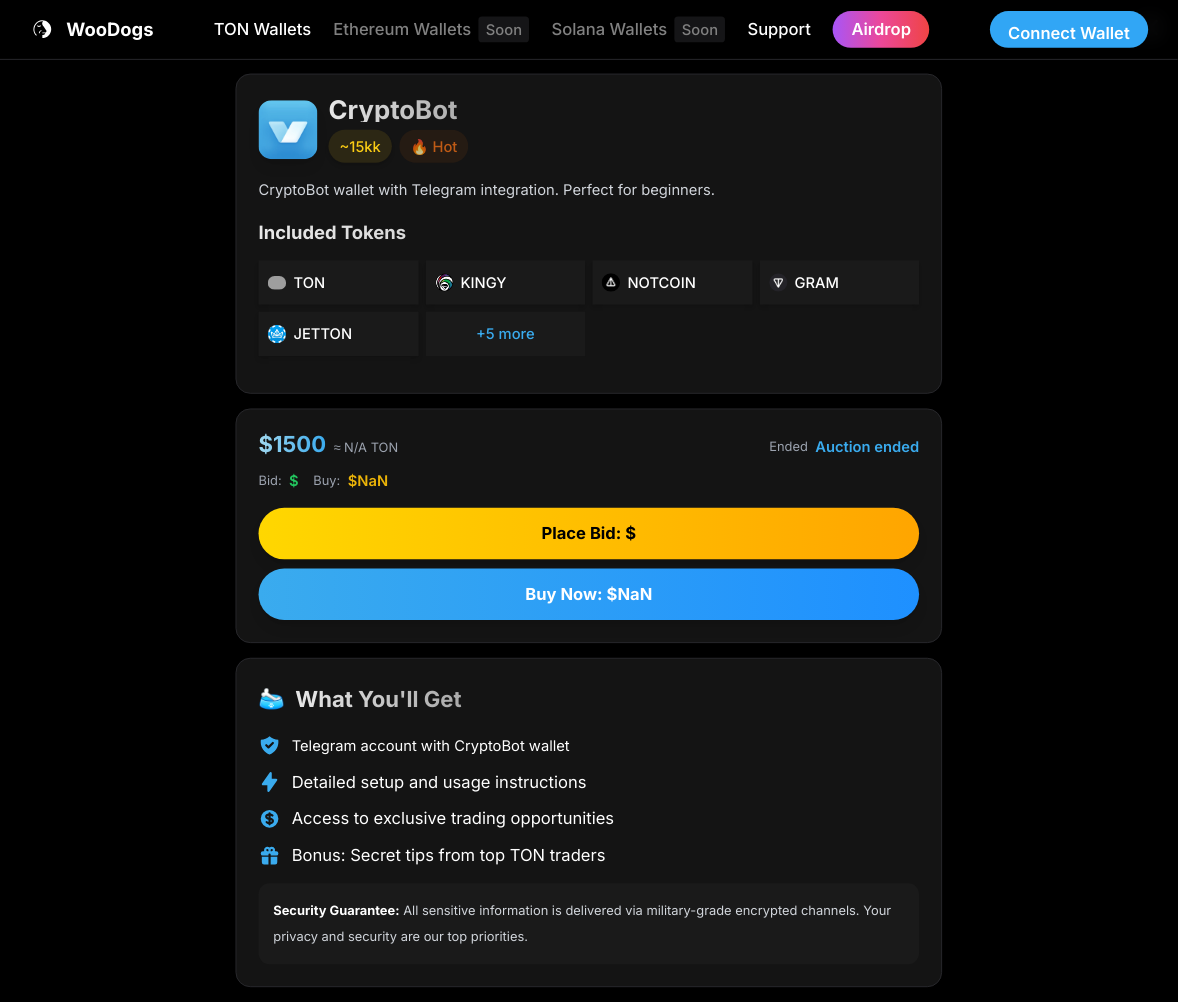
Repository: itititi/woofdogs_off
Page: /wallet/cryptobot-1
These files come from the project's save history. The page is drawn as it stood at one moment and after the next save; the edit follows.
The browser window is 1280 px wide. The pictures show the whole page, at 92% of full size.
Pictures or frames that could not be fetched are drawn as grey boxes. The page's requests for data from a server got no answer. The project was rebuilt for these pictures with package versions that can differ from the ones it lists, and the page was loaded fresh each time. The framework's server and built-in components were replaced by stand-ins that run in the browser. No one was signed in, and anything a server would have sent is missing. Also part of the build but not shown: next.config.mjs.

Above is the page before, as saved 2024-10-30 23:45:09.

### src/app/layout.tsx
import type { Metadata } from "next";
import { Inter } from "next/font/google";
import "./globals.css";
import { SearchProvider } from '@/components/SearchContext';
import { LanguageProvider } from '@/contexts/LanguageContext';

const inter = Inter({ subsets: ["latin"] });

export const metadata: Metadata = {
  title: "WooDogs",
  description: "Buy and sell TON wallets",
  metadataBase: new URL('https://woodogs.com'),
  alternates: {
    canonical: '/',
    languages: {
      'en-US': '/en-US',
    },
  },
};

export default function RootLayout({
  children,
}: Readonly<{
  children: React.ReactNode;
}>) {
  return (
    <html lang="en" className="bg-black" suppressHydrationWarning>
      <head>
        <link rel="preload" href="/dogs.gif" as="image" />
        <link rel="preload" href="/invite.gif" as="image" />
        <link rel="preload" href="/flag.gif" as="image" />
        <link rel="preload" href="/history.gif" as="image" />
        <link rel="preload" href="/inside.gif" as="image" />
        <link rel="preload" href="/notfound.gif" as="image" />
        <link rel="preload" href="/dogs.webp" as="image" />
        <link rel="preload" href="/invite.webp" as="image" />
        <link rel="preload" href="/success.gif" as="image" />
      </head>
      <body className={`${inter.className} bg-black text-white min-h-screen overflow-x-hidden`}>
        <LanguageProvider>
          <SearchProvider>
            <div className="bg-black min-h-screen flex flex-col">
              {children}
            </div>
          </SearchProvider>
        </LanguageProvider>
      </body>
    </html>
  );
}

### src/app/wallet/[id]/page.tsx
'use client';

import React, { useEffect, useState, useMemo } from 'react';
import Image from 'next/image';
import { getWalletData } from '@/data/getWalletData';
import { useRouter } from 'next/navigation';
import Header from '@/components/Header';
import WalletSkeleton from '@/components/WalletSkeleton';
import { WalletOffer } from '@/data/walletOffers';

interface WalletPageProps {
  params: {
    id: string;
  };
}

const getWalletContents = (walletName: string) => {
  switch (walletName) {
    case 'CryptoBot':
      return "Telegram account with CryptoBot wallet";
    case 'TON Wallet':
      return "TON Wallet account";
    case 'TON Space':
      return "Seed phrases for TON Space wallet";
    default:
      return "Wallet account details";
  }
};

export default function WalletPage({ params }: WalletPageProps) {
  const [wallet, setWallet] = useState<WalletOffer | null>(null);
  const [tonAmount, setTonAmount] = useState<string>('N/A');
  const [isLoading, setIsLoading] = useState(true);
  const router = useRouter();
  const [timeLeft, setTimeLeft] = useState<string>('');
  const [isAuctionEnded, setIsAuctionEnded] = useState(false);

  const additionalTokensCount = useMemo(() => {
    if (!wallet) return 5;
    const seed = params.id.split('').reduce((acc, char) => acc + char.charCodeAt(0), 0);
    return 5 + (seed % 6);
  }, [params.id, wallet]);

  const auctionEndTime = useMemo(() => {
    if (typeof window === 'undefined') return 0;
    const storedEndTime = localStorage.getItem(`auctionEndTime_${params.id}`);
    if (storedEndTime) {
      return parseInt(storedEndTime, 10);
    }
    const seed = params.id.split('').reduce((acc, char) => acc + char.charCodeAt(0), 0);
    const random = Math.sin(seed) * 10000;
    const hours = Math.floor(random % 48);
    const endTime = Date.now() + hours * 3600000;
    localStorage.setItem(`auctionEndTime_${params.id}`, endTime.toString());
    return endTime;
  }, [params.id]);

  useEffect(() => {
    const fetchData = async () => {
      setIsLoading(true);
      const walletData = await getWalletData(params.id);
      if (!walletData) {
        router.push('/404');
        return;
      }
      setWallet(walletData);

      try {
        const response = await fetch('https://api.coingecko.com/api/v3/simple/price?ids=the-open-network&vs_currencies=usd');
        const data = await response.json();
        const tonPrice = data['the-open-network'].usd;
        setTonAmount((walletData.priceUSD / tonPrice).toFixed(2));
      } catch (error) {
        console.error('Error fetching TON price:', error);
      }

      setIsLoading(false);
    };

    fetchData();
  }, [params.id, router]);

  useEffect(() => {
    const updateTimer = () => {
      const now = Date.now();
      const difference = auctionEndTime - now;

      if (difference <= 0) {
        setIsAuctionEnded(true);
        setTimeLeft('Auction ended');
      } else {
        const hours = Math.floor((difference / (1000 * 60 * 60)) % 24);
        const minutes = Math.floor((difference / 1000 / 60) % 60);
        const seconds = Math.floor((difference / 1000) % 60);
        setTimeLeft(`${hours.toString().padStart(2, '0')}:${minutes.toString().padStart(2, '0')}:${seconds.toString().padStart(2, '0')}`);
        setIsAuctionEnded(false);
      }
    };

    updateTimer();
    const timer = setInterval(updateTimer, 1000);

    return () => clearInterval(timer);
  }, [auctionEndTime]);

  const handleClose = () => {
    router.push('/');
  };

  if (isLoading) {
    return <WalletSkeleton />;
  }

  if (!wallet) {
    return null;
  }

  const walletContents = getWalletContents(wallet.name);
  const buyNowPrice = Math.round((wallet.priceUSD + wallet.auctionPriceUSD) / 2);

  return (
    <div className="min-h-screen bg-black text-white flex flex-col">
      <Header />
      <main className="flex-grow py-4 px-4 mt-14 sm:mt-16 overflow-y-auto">
        <div className="max-w-3xl mx-auto">
          <div className="bg-[#141414] rounded-2xl overflow-hidden shadow-2xl p-4 sm:p-6 mb-4 border border-[#2A2A2E]">
            <button
              onClick={handleClose}
              className="absolute top-4 right-4 text-gray-400 hover:text-white transition-colors duration-200"
            >
              <svg xmlns="http://www.w3.org/2000/svg" className="h-7 w-7" viewBox="0 0 20 20" fill="currentColor">
                <path fillRule="evenodd" d="M4.293 4.293a1 1 0 011.414 0L10 8.586l4.293-4.293a1 1 0 111.414 1.414L11.414 10l4.293 4.293a1 1 0 01-1.414 1.414L10 11.414l-4.293 4.293a1 1 0 01-1.414-1.414L8.586 10 4.293 5.707a1 1 0 010-1.414z" clipRule="evenodd" />
              </svg>
            </button>

            {/* Header section */}
            <div className="flex items-center mb-4">
              <div className="w-16 h-16 rounded-[22%] overflow-hidden mr-3 shadow-lg">
                <Image src={wallet.icon} alt={wallet.name} width={64} height={64} className="object-cover" />
              </div>
              <div>
                <h1 className="text-[28px] font-bold titanium-gradient mb-2">{wallet.name}</h1>
                <div className="flex items-center gap-2">
                  <span className="text-[16px] text-yellow-400 font-medium bg-yellow-400/10 px-3 py-1 rounded-full shadow-md">
                    {wallet.priceRange}
                  </span>
                  {wallet.isHot && (
                    <span className="text-[16px] text-orange-500 font-medium bg-orange-500/10 px-3 py-1 rounded-full animate-pulse">
                      🔥 Hot
                    </span>
                  )}
                </div>
              </div>
            </div>

            {/* Description */}
            <p className="text-[16px] text-gray-300 mb-4 leading-relaxed">{wallet.description}</p>

            {/* Tokens section */}
            <div className="mb-4">
              <h3 className="text-[20px] font-bold titanium-gradient mb-3">Included Tokens</h3>
              <div className="grid grid-cols-2 sm:grid-cols-4 gap-2">
                {wallet.tokens.map((tokenData, index) => (
                  <div key={index} className="bg-[#1A1A1A] rounded-lg p-2.5 flex items-center shadow-md">
                    <Image
                      src={tokenData.token.logo}
                      alt={tokenData.token.name}
                      width={20}
                      height={20}
                      className="rounded-full mr-2"
                    />
                    <span className="text-[16px] font-medium">{tokenData.token.symbol}</span>
                  </div>
                ))}
                <div className="bg-[#1A1A1A] rounded-lg p-2.5 flex items-center justify-center">
                  <span className="text-[16px] font-medium text-[#3AABEE]">
                    +{additionalTokensCount} more
                  </span>
                </div>
              </div>
            </div>
          </div>

          <div className="bg-[#141414] rounded-2xl overflow-hidden shadow-2xl p-4 sm:p-6 mb-4 border border-[#2A2A2E]">
            <div className="flex flex-col gap-2">
              <div className="flex items-center justify-between">
                <div className="flex items-baseline">
                  <span className="text-[24px] font-bold bg-gradient-to-r from-[#A0D8EF] to-[#3AABEE] text-transparent bg-clip-text">
                    ${wallet.priceUSD}
                  </span>
                  <span className="text-[14px] text-gray-400 ml-2">
                    ≈ {tonAmount} TON
                  </span>
                </div>
                <div className="flex items-center">
                  <span className="text-[14px] text-gray-400 mr-2">
                    {isAuctionEnded ? 'Ended' : 'Ends:'}
                  </span>
                  <span className="text-[16px] font-semibold text-[#3AABEE]">
                    {timeLeft}
                  </span>
                </div>
              </div>
              <div className="flex items-center justify-between">
                <div className="flex items-center gap-4">
                  <div className="flex items-center">
                    <span className="text-[14px] text-gray-400">Bid:</span>
                    <span className="text-[16px] font-semibold text-green-500 ml-2">${wallet.auctionPriceUSD}</span>
                  </div>
                  <div className="flex items-center">
                    <span className="text-[14px] text-gray-400">Buy:</span>
                    <span className="text-[16px] font-semibold text-yellow-500 ml-2">${buyNowPrice}</span>
                  </div>
                </div>
              </div>
            </div>

            <div className="flex flex-col gap-2.5 mt-4">
              <button className="w-full bg-gradient-to-r from-[#FFD700] to-[#FFA500] text-black text-[18px] font-bold py-3.5 px-6 rounded-full hover:brightness-110 transition-all duration-300 shadow-lg hover:shadow-xl">
                Place Bid: ${wallet.auctionPriceUSD}
              </button>
              <button className="w-full bg-gradient-to-r from-[#3AABEE] to-[#1E90FF] text-white text-[18px] font-bold py-3.5 px-6 rounded-full hover:brightness-110 transition-all duration-300 shadow-lg hover:shadow-xl">
                Buy Now: ${buyNowPrice}
              </button>
            </div>
          </div>

          <div className="bg-[#141414] rounded-2xl overflow-hidden shadow-2xl p-4 sm:p-6 border border-[#2A2A2E]">
            <div className="flex items-center mb-4">
              <Image
                src="/inside.gif"
                alt="What's Inside"
                width={28}
                height={28}
                className="mr-3"
              />
              <h2 className="text-[24px] font-bold titanium-gradient">What You'll Get</h2>
            </div>
            <ul className="space-y-3">
              <li className="flex items-center">
                <svg xmlns="http://www.w3.org/2000/svg" className="h-6 w-6 mr-3 text-[#3AABEE]" viewBox="0 0 20 20" fill="currentColor">
                  <path fillRule="evenodd" d="M2.166 4.999A11.954 11.954 0 0010 1.944 11.954 11.954 0 0017.834 5c.11.65.166 1.32.166 2.001 0 5.225-3.34 9.67-8 11.317C5.34 16.67 2 12.225 2 7c0-.682.057-1.35.166-2.001zm11.541 3.708a1 1 0 00-1.414-1.414L9 10.586 7.707 9.293a1 1 0 00-1.414 1.414l2 2a1 1 0 001.414 0l4-4z" clipRule="evenodd" />
                </svg>
                <span className="text-[16px]">{walletContents}</span>
              </li>
              <li className="flex items-center">
                <svg xmlns="http://www.w3.org/2000/svg" className="h-6 w-6 mr-3 text-[#3AABEE]" viewBox="0 0 20 20" fill="currentColor">
                  <path fillRule="evenodd" d="M11.3 1.046A1 1 0 0112 2v5h4a1 1 0 01.82 1.573l-7 10A1 1 0 018 18v-5H4a1 1 0 01-.82-1.573l7-10a1 1 0 011.12-.38z" clipRule="evenodd" />
                </svg>
                <span>Detailed setup and usage instructions</span>
              </li>
              <li className="flex items-center">
                <svg xmlns="http://www.w3.org/2000/svg" className="h-6 w-6 mr-3 text-[#3AABEE]" viewBox="0 0 20 20" fill="currentColor">
                  <path d="M8.433 7.418c.155-.103.346-.196.567-.267v1.698a2.305 2.305 0 01-.567-.267C8.07 8.34 8 8.114 8 8c0-.114.07-.34.433-.582zM11 12.849v-1.698c.22.071.412.164.567.267.364.243.433.468.433.582 0 .114-.07.34-.433.582a2.305 2.305 0 01-.567.267z" />
                  <path fillRule="evenodd" d="M10 18a8 8 0 100-16 8 8 0 000 16zm1-13a1 1 0 10-2 0v.092a4.535 4.535 0 00-1.676.662C6.602 6.234 6 7.009 6 8c0 .99.602 1.765 1.324 2.246.48.32 1.054.545 1.676.662v1.941c-.391-.127-.68-.317-.843-.504a1 1 0 10-1.51 1.31c.562.649 1.413 1.076 2.353 1.253V15a1 1 0 102 0v-.092a4.535 4.535 0 001.676-.662C13.398 13.766 14 12.991 14 12c0-.99-.602-1.765-1.324-2.246A4.535 4.535 0 0011 9.092V7.151c.391.127.68.317.843.504a1 1 0 101.511-1.31c-.563-.649-1.413-1.076-2.354-1.253V5z" clipRule="evenodd" />
                </svg>
                <span>Access to exclusive trading opportunities</span>
              </li>
              <li className="flex items-center">
                <svg xmlns="http://www.w3.org/2000/svg" className="h-6 w-6 mr-3 text-[#3AABEE]" viewBox="0 0 20 20" fill="currentColor">
                  <path fillRule="evenodd" d="M5 5a3 3 0 015-2.236A3 3 0 0114.83 6H16a2 2 0 110 4h-5V9a1 1 0 10-2 0v1H4a2 2 0 110-4h1.17C5.06 5.687 5 5.35 5 5zm4 1V5a1 1 0 10-1 1h1zm3 0a1 1 0 10-1-1v1h1z" clipRule="evenodd" />
                  <path d="M9 11H3v5a2 2 0 002 2h4v-7zM11 18h4a2 2 0 002-2v-5h-6v7z" />
                </svg>
                <span>Bonus: Secret tips from top TON traders</span>
              </li>
            </ul>
            <div className="mt-4 bg-[#1A1A1A] p-4 rounded-xl">
              <p className="text-[14px] text-gray-300">
                <strong className="text-white">Security Guarantee:</strong> All sensitive information is delivered via military-grade encrypted channels. Your privacy and security are our top priorities.
              </p>
            </div>
          </div>
        </div>
      </main>
    </div>
  );
}

### src/components/SearchContext.tsx
'use client';

import React, { createContext, useState, useContext, ReactNode } from 'react';

interface SearchContextType {
  searchTerm: string;
  setSearchTerm: (term: string) => void;
}

const SearchContext = createContext<SearchContextType | undefined>(undefined);

export const SearchProvider: React.FC<{ children: ReactNode }> = ({ children }) => {
  const [searchTerm, setSearchTerm] = useState('');

  return (
    <SearchContext.Provider value={{ searchTerm, setSearchTerm }}>
      {children}
    </SearchContext.Provider>
  );
};

export const useSearch = () => {
  const context = useContext(SearchContext);
  if (context === undefined) {
    throw new Error('useSearch must be used within a SearchProvider');
  }
  return context;
};

### src/contexts/LanguageContext.tsx
'use client';

import React, { createContext, useState, useContext, useEffect, ReactNode } from 'react';

type LanguageContextType = {
  language: string;
  setLanguage: (lang: string) => void;
};

const LanguageContext = createContext<LanguageContextType | undefined>(undefined);

export const useLanguage = () => {
  const context = useContext(LanguageContext);
  if (context === undefined) {
    throw new Error('useLanguage must be used within a LanguageProvider');
  }
  return context;
};

export const LanguageProvider: React.FC<{ children: ReactNode }> = ({ children }) => {
  const [language, setLanguage] = useState('en');

  useEffect(() => {
    localStorage.setItem('language', 'en');
    document.documentElement.lang = 'en';
  }, []);

  const handleSetLanguage = (lang: string) => {
    setLanguage(lang);
    localStorage.setItem('language', lang);
    document.documentElement.lang = lang;
  };

  return (
    <LanguageContext.Provider value={{ language, setLanguage: handleSetLanguage }}>
      {children}
    </LanguageContext.Provider>
  );
};

### src/data/getWalletData.ts
import { finalWalletOffers, WalletOffer } from './walletOffers';

export async function getWalletData(id: string): Promise<WalletOffer | null> {
  // Имитация задержки запроса к API
  await new Promise(resolve => setTimeout(resolve, 100));

  const wallet = finalWalletOffers.find(offer => offer.id === id);
  return wallet || null;
}

### src/data/tonTokens.ts
export interface TonToken {
  symbol: string;
  name: string;
  logo: string;
}

export const tonTokens: TonToken[] = [
  { symbol: 'TON', name: 'Toncoin', logo: 'https://ton.org/download/ton_symbol.png' },
  { symbol: 'KINGY', name: 'Kingycoin', logo: 'https://placehold.co/32x32?text=KINGY' },
  { symbol: 'NOTCOIN', name: 'Notcoin', logo: 'https://placehold.co/32x32?text=NOTCOIN' },
  { symbol: 'BOLT', name: 'Bolt', logo: 'https://placehold.co/32x32?text=BOLT' },
  { symbol: 'GRAM', name: 'Gram', logo: 'https://placehold.co/32x32?text=GRAM' },
  { symbol: 'JETTON', name: 'Jetton', logo: 'https://placehold.co/32x32?text=JETTON' },
  { symbol: 'TONEX', name: 'TonEx', logo: 'https://placehold.co/32x32?text=TONEX' },
  { symbol: 'SCALE', name: 'Scale', logo: 'https://placehold.co/32x32?text=SCALE' },
  { symbol: 'ORBIT', name: 'Orbit', logo: 'https://placehold.co/32x32?text=ORBIT' },
  { symbol: 'TEGRO', name: 'Tegro', logo: 'https://placehold.co/32x32?text=TEGRO' },
  // Добавьте еще токены по необходимости
];

Loaded but not shown: src/components/Header.tsx (239 lines, source omitted); src/data/walletOffers.ts (183 lines, source omitted); src/app/globals.css (318 lines, source omitted); src/components/WalletSkeleton.tsx (77 lines, source omitted); tailwind.config.ts (82 lines, source omitted)

After the next save:
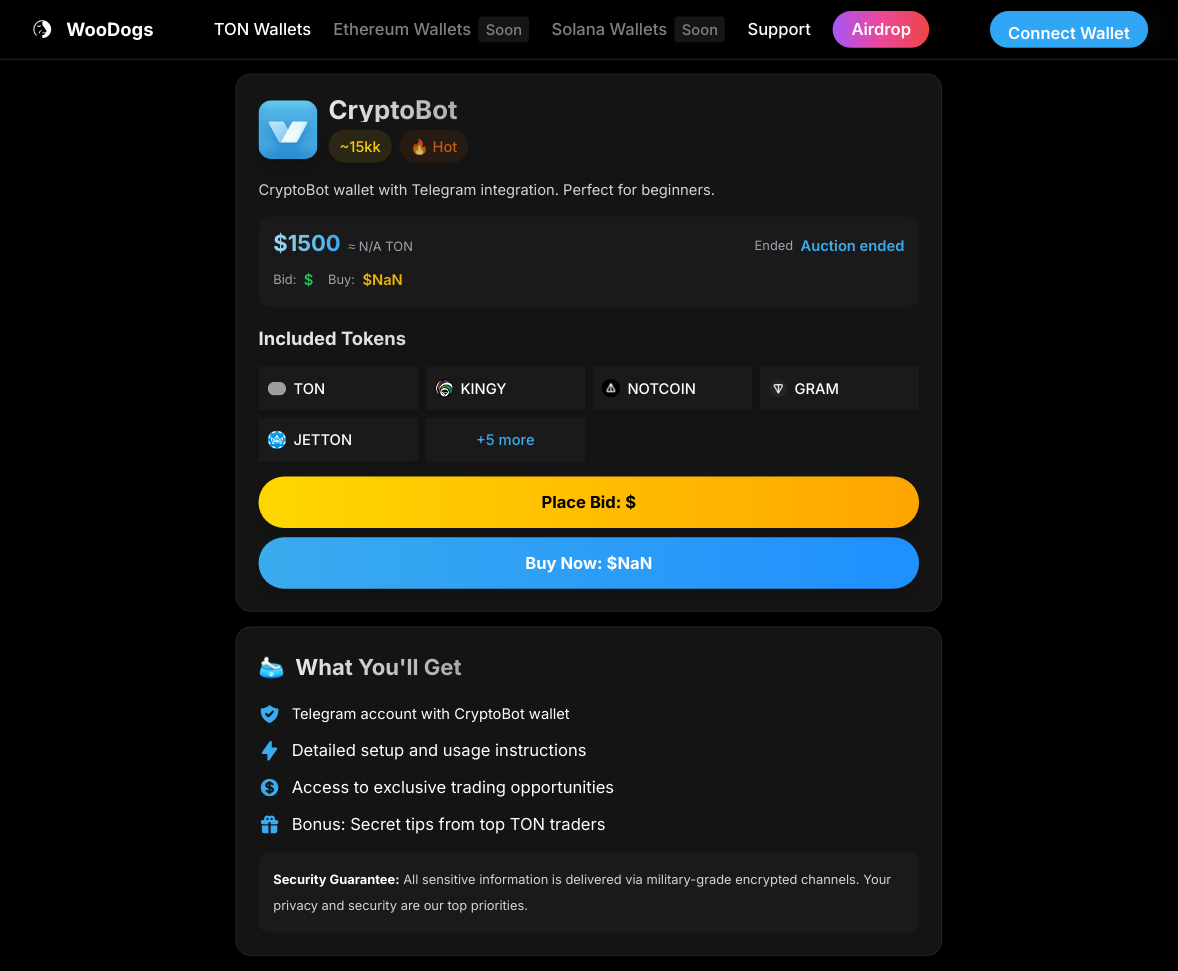
Saved 13 s later.
--- a/src/app/wallet/[id]/page.tsx
+++ b/src/app/wallet/[id]/page.tsx
@@ -156,6 +156,42 @@
             {/* Description */}
             <p className="text-[16px] text-gray-300 mb-4 leading-relaxed">{wallet.description}</p>
 
+            {/* Price section */}
+            <div className="bg-[#1A1A1A] rounded-xl p-4 mb-4 shadow-inner">
+              <div className="flex flex-col gap-2">
+                <div className="flex items-center justify-between">
+                  <div className="flex items-baseline">
+                    <span className="text-[24px] font-bold bg-gradient-to-r from-[#A0D8EF] to-[#3AABEE] text-transparent bg-clip-text">
+                      ${wallet.priceUSD}
+                    </span>
+                    <span className="text-[14px] text-gray-400 ml-2">
+                      ≈ {tonAmount} TON
+                    </span>
+                  </div>
+                  <div className="flex items-center">
+                    <span className="text-[14px] text-gray-400 mr-2">
+                      {isAuctionEnded ? 'Ended' : 'Ends:'}
+                    </span>
+                    <span className="text-[16px] font-semibold text-[#3AABEE]">
+                      {timeLeft}
+                    </span>
+                  </div>
+                </div>
+                <div className="flex items-center justify-between">
+                  <div className="flex items-center gap-4">
+                    <div className="flex items-center">
+                      <span className="text-[14px] text-gray-400">Bid:</span>
+                      <span className="text-[16px] font-semibold text-green-500 ml-2">${wallet.auctionPriceUSD}</span>
+                    </div>
+                    <div className="flex items-center">
+                      <span className="text-[14px] text-gray-400">Buy:</span>
+                      <span className="text-[16px] font-semibold text-yellow-500 ml-2">${buyNowPrice}</span>
+                    </div>
+                  </div>
+                </div>
+              </div>
+            </div>
+
             {/* Tokens section */}
             <div className="mb-4">
               <h3 className="text-[20px] font-bold titanium-gradient mb-3">Included Tokens</h3>
@@ -179,43 +215,9 @@
                 </div>
               </div>
             </div>
-          </div>
-
-          <div className="bg-[#141414] rounded-2xl overflow-hidden shadow-2xl p-4 sm:p-6 mb-4 border border-[#2A2A2E]">
-            <div className="flex flex-col gap-2">
-              <div className="flex items-center justify-between">
-                <div className="flex items-baseline">
-                  <span className="text-[24px] font-bold bg-gradient-to-r from-[#A0D8EF] to-[#3AABEE] text-transparent bg-clip-text">
-                    ${wallet.priceUSD}
-                  </span>
-                  <span className="text-[14px] text-gray-400 ml-2">
-                    ≈ {tonAmount} TON
-                  </span>
-                </div>
-                <div className="flex items-center">
-                  <span className="text-[14px] text-gray-400 mr-2">
-                    {isAuctionEnded ? 'Ended' : 'Ends:'}
-                  </span>
-                  <span className="text-[16px] font-semibold text-[#3AABEE]">
-                    {timeLeft}
-                  </span>
-                </div>
-              </div>
-              <div className="flex items-center justify-between">
-                <div className="flex items-center gap-4">
-                  <div className="flex items-center">
-                    <span className="text-[14px] text-gray-400">Bid:</span>
-                    <span className="text-[16px] font-semibold text-green-500 ml-2">${wallet.auctionPriceUSD}</span>
-                  </div>
-                  <div className="flex items-center">
-                    <span className="text-[14px] text-gray-400">Buy:</span>
-                    <span className="text-[16px] font-semibold text-yellow-500 ml-2">${buyNowPrice}</span>
-                  </div>
-                </div>
-              </div>
-            </div>
-
-            <div className="flex flex-col gap-2.5 mt-4">
+
+            {/* Action buttons */}
+            <div className="flex flex-col gap-2.5">
               <button className="w-full bg-gradient-to-r from-[#FFD700] to-[#FFA500] text-black text-[18px] font-bold py-3.5 px-6 rounded-full hover:brightness-110 transition-all duration-300 shadow-lg hover:shadow-xl">
                 Place Bid: ${wallet.auctionPriceUSD}
               </button>
@@ -225,6 +227,7 @@
             </div>
           </div>
 
+          {/* What's Inside section */}
           <div className="bg-[#141414] rounded-2xl overflow-hidden shadow-2xl p-4 sm:p-6 border border-[#2A2A2E]">
             <div className="flex items-center mb-4">
               <Image
